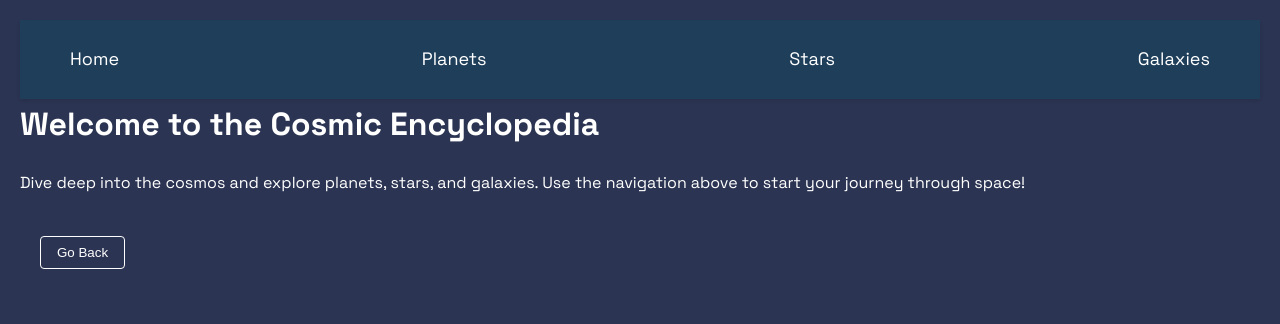
Repository: rmdayberry/Cosmic-Encyclopedia
Page: /
These files come from the project's save history. The page is drawn as it stood at one moment and after the next save; the edit follows.
The browser window is 1280 px wide. The pictures show the whole page.
The project was rebuilt for these pictures with package versions that can differ from the ones it lists, and the page was loaded fresh each time. Also part of the build but not shown: vite.config.js, src/data/celestialData.js, src/pages/ContentPage.jsx.

Above is the page before, as saved 2024-08-31 16:24:33.

After the next save:
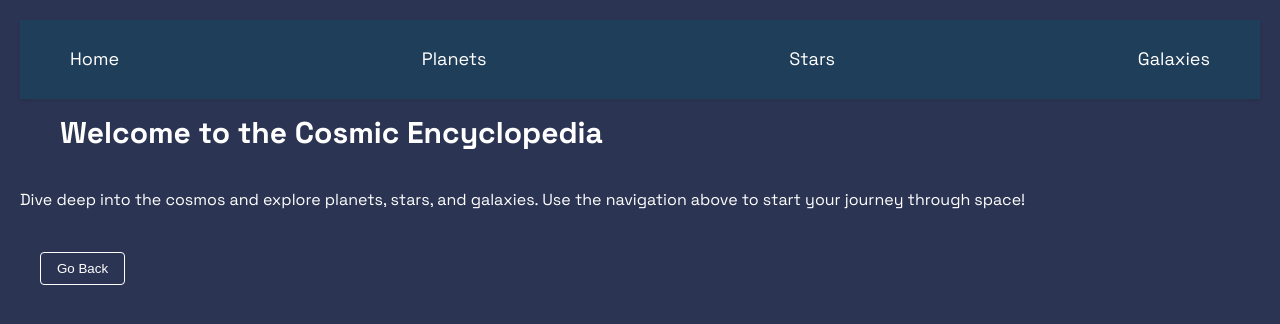
Saved 15 s later.
--- a/src/index.css
+++ b/src/index.css
@@ -87,4 +87,8 @@ button:hover {
   margin-left: 30px;
 }
 
-.welcome-title;
+.welcome-title {
+  font-size: 30px;
+  padding: 10px;
+  margin-left: 30px;
+}
